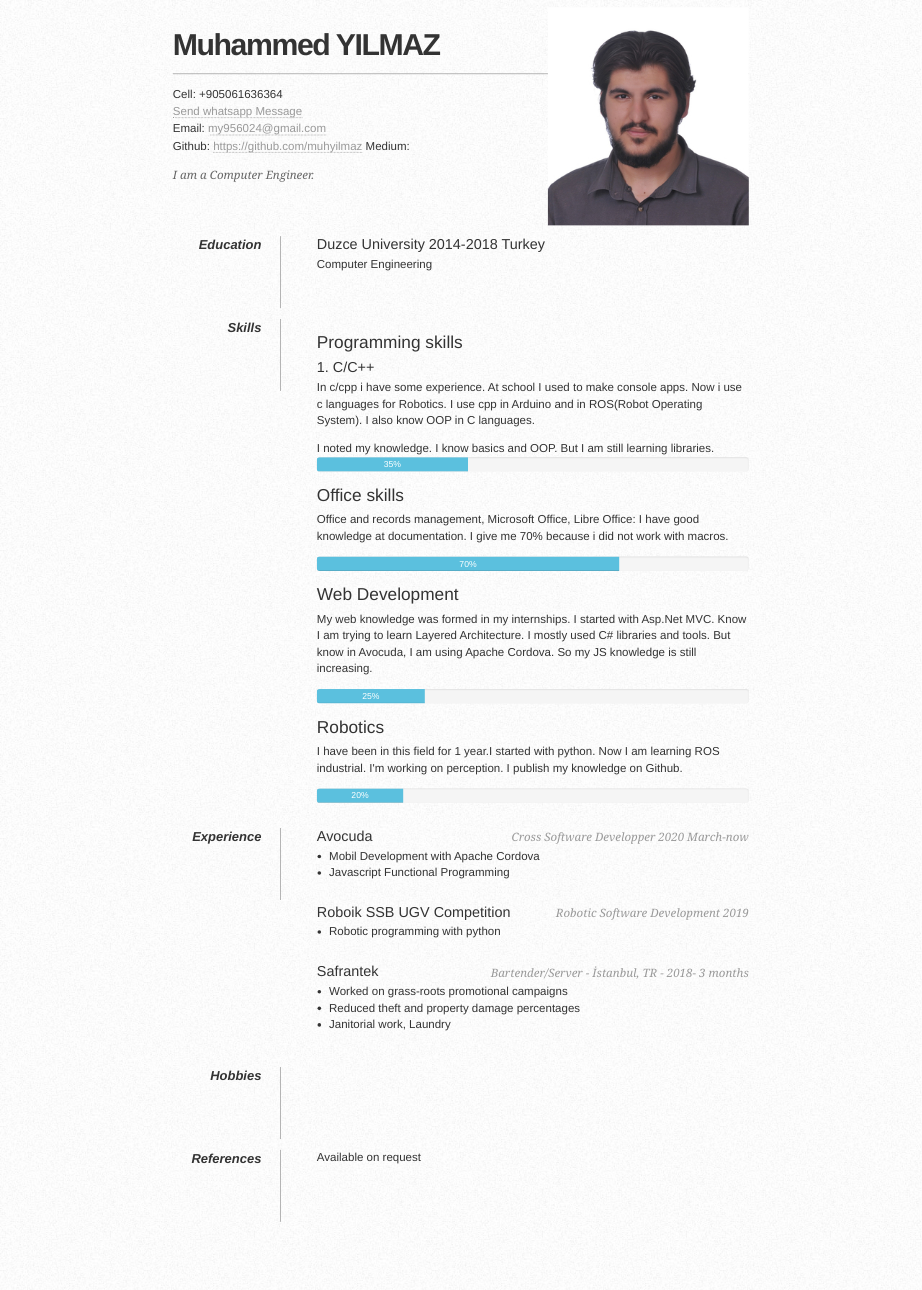
Repository: muhyilmaz/muhyilmaz.github.io
Page: index.html
These files come from the project's save history. The page is drawn as it stood at one moment and after the next save; the edit follows.
The browser window is 1280 px wide. The pictures show the whole page, at 72% of full size.

Above is the page before, as saved 2020-06-08 18:47:48.

### index.html
<!DOCTYPE html PUBLIC "-//W3C//DTD XHTML 1.0 Strict//EN"
"http://www.w3.org/TR/xhtml1/DTD/xhtml1-strict.dtd">

<html xmlns="http://www.w3.org/1999/xhtml" xml:lang="en" lang="en">

<head>

     <meta http-equiv="Content-Type" content="text/html; charset=utf-8"/>
     <meta name="viewport" content="width=device-width, initial-scale=1">
     <link rel="stylesheet" href="https://maxcdn.bootstrapcdn.com/bootstrap/3.4.1/css/bootstrap.min.css">
     <script src="https://ajax.googleapis.com/ajax/libs/jquery/3.5.1/jquery.min.js"></script>
     <script src="https://maxcdn.bootstrapcdn.com/bootstrap/3.4.1/js/bootstrap.min.js"></script>

     <title>MUHAMMED YILMAZ</title>

     <style type="text/css">
        * { margin: 0; padding: 0; }
        body { font: 16px Helvetica, Sans-Serif; line-height: 24px; background: url(images/noise.jpg); }
        .clear { clear: both; }
        #page-wrap { width: 800px; margin: 40px auto 60px; }
        #pic { float: right; margin: -30px 0 0 0; }
        h1 { margin: 0 0 16px 0; padding: 0 0 16px 0; font-size: 42px; font-weight: bold; letter-spacing: -2px; border-bottom: 1px solid #999; }
        h2 { font-size: 20px; margin: 0 0 6px 0; position: relative; }
        h2 span { position: absolute; bottom: 0; right: 0; font-style: italic; font-family: Georgia, Serif; font-size: 16px; color: #999; font-weight: normal; }
        p { margin: 0 0 16px 0; }
        a { color: #999; text-decoration: none; border-bottom: 1px dotted #999; }
        a:hover { border-bottom-style: solid; color: black; }
        ul { margin: 0 0 32px 17px; }
        #objective { width: 500px; float: left; }
        #objective p { font-family: Georgia, Serif; font-style: italic; color: #666; }
        dt { font-style: italic; font-weight: bold; font-size: 18px; text-align: right; padding: 0 26px 0 0; width: 150px; float: left; height: 100px; border-right: 1px solid #999;  }
        dd { width: 600px; float: right; }
        dd.clear { float: none; margin: 0; height: 15px; }
     </style>
</head>

<body>

    <div id="page-wrap">

        <img src="images/profileres.jpg" alt="Photo of Cthulu" id="pic" />

        <div id="contact-info" class="vcard">

            <!-- Microformats! -->

            <h1 class="fn">Muhammed YILMAZ</h1>

            <p>
                Cell: <span class="tel">+905061636364</span><br />
                <a href="https://api.whatsapp.com/send?phone=905061636364">Send whatsapp Message</a><br />
                Email: <a class="email" href="mailto:my956024@gmail.com">my956024@gmail.com</a><br />
                Github: <a href="https://github.com/muhyilmaz">https://github.com/muhyilmaz</a>
                Medium: <a href="http://https://medium.com/@my956024"></a>
            </p>
        </div>

        <div id="objective">
            <p>
                I am a Computer Engineer.
            </p>
        </div>

        <div class="clear"></div>

        <dl>
            <dd class="clear"></dd>

            <dt>Education</dt>
            <dd>
                <h2>Duzce University 2014-2018 Turkey</h2>
                <p> Computer Engineering </br>

				</p>
            </dd>

            <dd class="clear"></dd>

            <dt>Skills</dt>
            <dd>
                <!---
				<h2>Office skills</h2>
                <p>Office and records management, database administration, event organization, customer support, travel coordination</p>

                <h2>Computer skills</h2>
                <p>Microsoft productivity software (Word, Excel, etc), Adobe Creative Suite, Windows</p>
				-->
				<h3>Programming skills</h3>
				<h2>1. C/C++</h2>
                <p>In c/cpp i have some experience. At school I used to make console apps. Now i use c languages for Robotics. I use cpp in Arduino and in ROS(Robot Operating System). I also know OOP in C languages. </p>
                I noted my knowledge. I know basics and OOP. But I am still learning libraries.
                <div class="progress">
                    <div class="progress-bar progress-bar-info" role="progressbar" aria-valuenow="60" aria-valuemin="0" aria-valuemax="100" style="width:35%">
                        35%
                    </div>
                  </div>
				<h3>Office skills</h3>
                <p>Office and records management, Microsoft Office, Libre Office: I have good knowledge at documentation. I give me 70% because i did not work with macros.</p>
                <div class="progress">
                    <div class="progress-bar progress-bar-info" role="progressbar" aria-valuenow="60" aria-valuemin="0" aria-valuemax="100" style="width:70%">
                        70%
                    </div>
                  </div>

                  <h3>Web Development</h3>
                <p>My web knowledge was formed in my internships. I started with Asp.Net MVC. Know I am trying to learn Layered Architecture. I mostly used C# libraries and tools. But know in Avocuda, I am using Apache Cordova. So my JS knowledge is still increasing. </p>
                <div class="progress">
                    <div class="progress-bar progress-bar-info" role="progressbar" aria-valuenow="60" aria-valuemin="0" aria-valuemax="100" style="width:25%">
                        25%
                    </div>
                  </div>

                  <h3>Robotics</h3>
                <p>I have been in this field for 1 year.I started with python. Now I am learning ROS industrial. I'm working on perception. I publish my knowledge on Github. </p>
                <div class="progress">
                    <div class="progress-bar progress-bar-info" role="progressbar" aria-valuenow="60" aria-valuemin="0" aria-valuemax="100" style="width:20%">
                        20%
                    </div>
                  </div>
			</dd>

            <dd class="clear"></dd>

            <dt>Experience</dt>
            <dd>
                <h2>Avocuda <span>Cross Software Developper 2020 March-now</span></h2>
                <ul>
                    <li> Mobil Development with Apache Cordova</li>
					<li> Javascript Functional Programming</li>

                </ul>
                <h2>Roboik SSB UGV Competition <span>Robotic Software Development 2019</span></h2>
                <ul>
                    <li>Robotic programming with python</li>

                </ul>
                <h2>Safrantek <span>Bartender/Server - İstanbul, TR - 2018- 3 months</span></h2>
                <ul>
                    <li>Worked on grass-roots promotional campaigns</li>
                    <li>Reduced theft and property damage percentages</li>
                    <li>Janitorial work, Laundry</li>
                </ul>
            </dd>

            <dd class="clear"></dd>

            <dt>Hobbies</dt>
            <dd></dd>

            <dd class="clear"></dd>

            <dt>References</dt>
            <dd>Available on request</dd>

            <dd class="clear"></dd>
        </dl>

        <div class="clear"></div>

    </div>

</body>

</html>

After the next save:
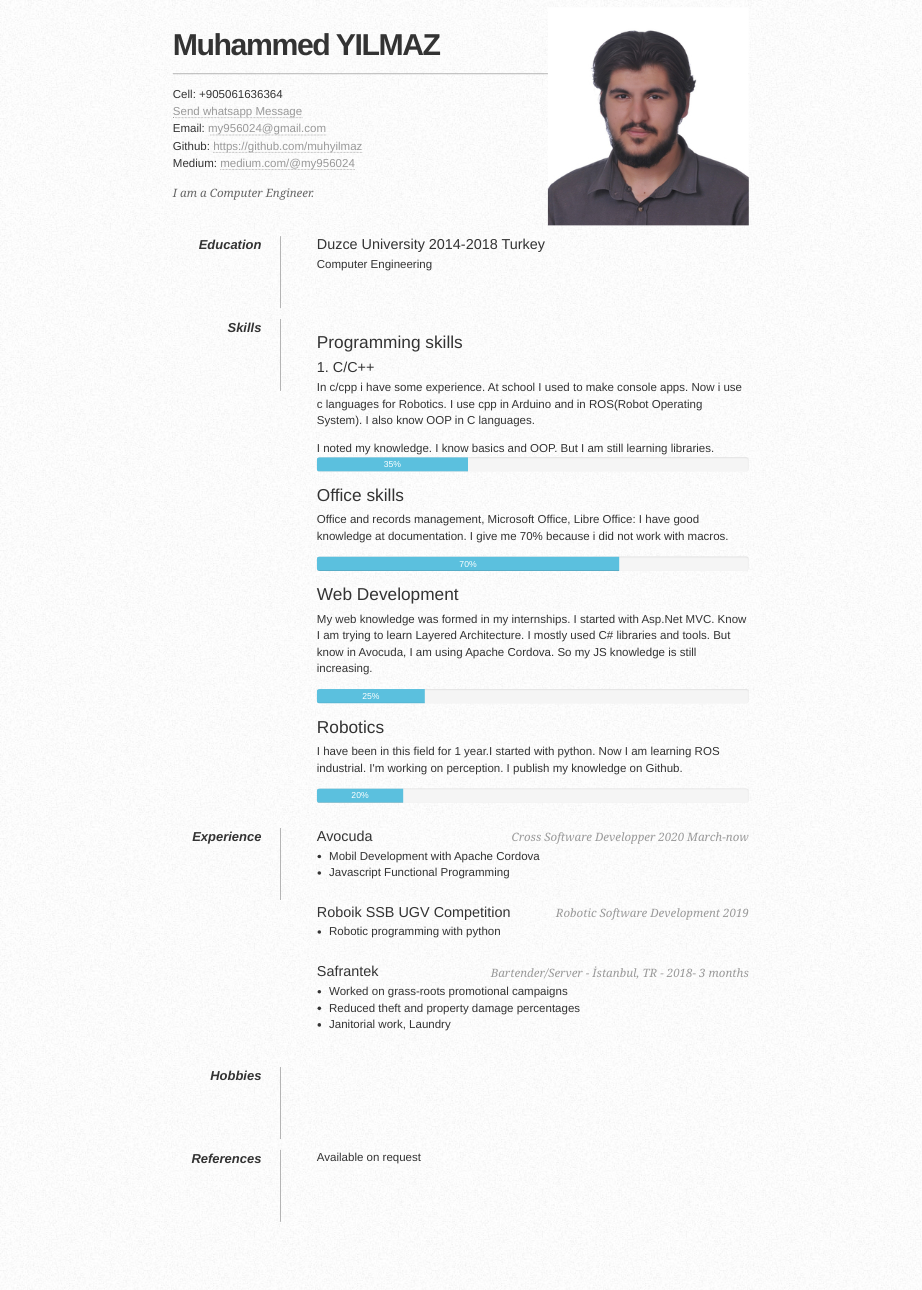
Saved 40 s later.
--- a/index.html
+++ b/index.html
@@ -50,8 +50,8 @@
                 Cell: <span class="tel">+905061636364</span><br />
                 <a href="https://api.whatsapp.com/send?phone=905061636364">Send whatsapp Message</a><br />
                 Email: <a class="email" href="mailto:my956024@gmail.com">my956024@gmail.com</a><br />
-                Github: <a href="https://github.com/muhyilmaz">https://github.com/muhyilmaz</a>
-                Medium: <a href="http://https://medium.com/@my956024"></a>
+                Github: <a href="https://github.com/muhyilmaz">https://github.com/muhyilmaz</a><br />
+                Medium: <a href="http://https://medium.com/@my956024">medium.com/@my956024</a>
             </p>
         </div>
 
